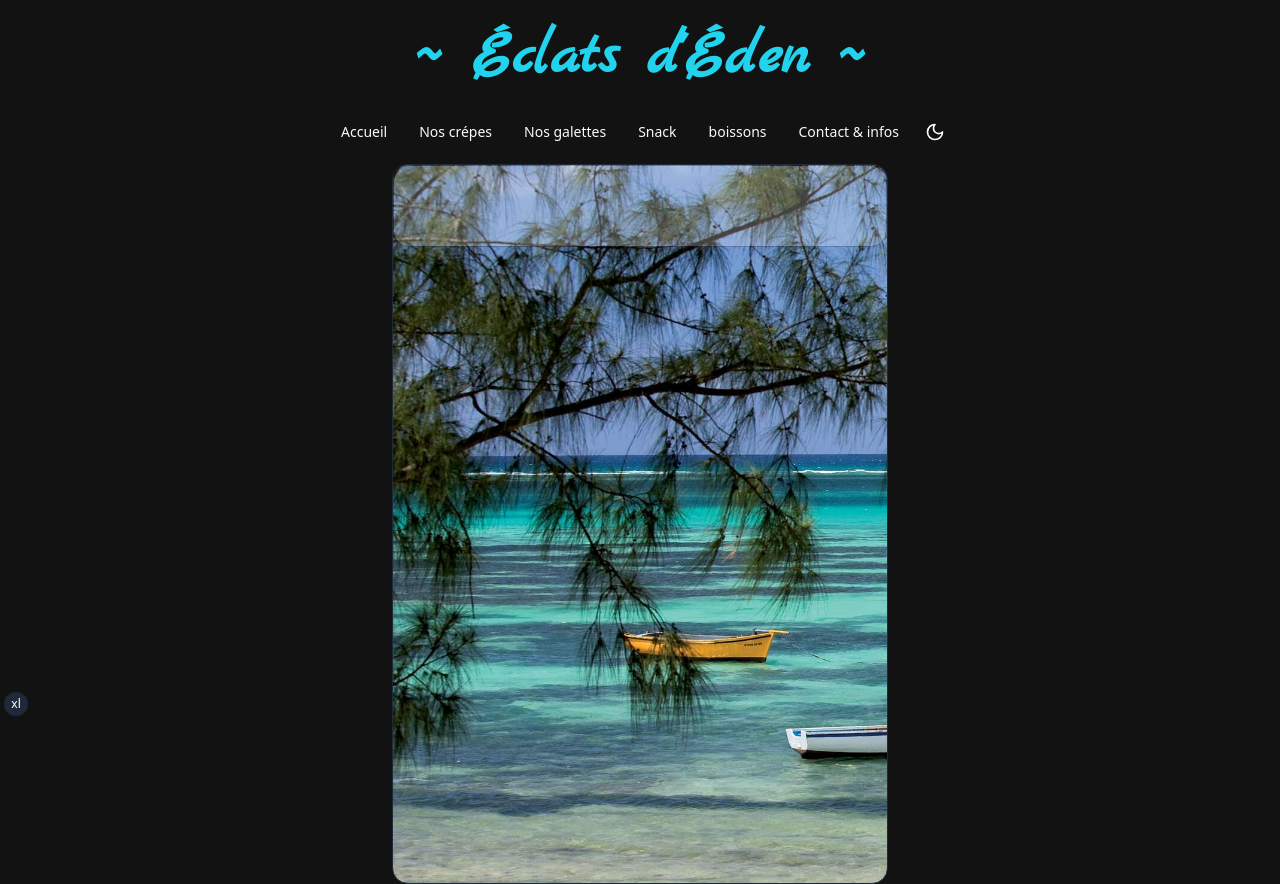
Repository: jeffMauritius/eclats-deden
Page: /schedule
An editor plug-in stored every save of this project. The page is shown before and after the next save, followed by the edit.
The browser window is 1280 px wide. The pictures show the whole page.
The project was rebuilt for these pictures with package versions that can differ from the ones it lists, and the page was loaded fresh each time. The framework's server and built-in components were replaced by stand-ins that run in the browser. Also part of the build but not shown: next.config.mjs.

Above is the page before, as saved 2024-08-13 07:09:34.

After the next save:
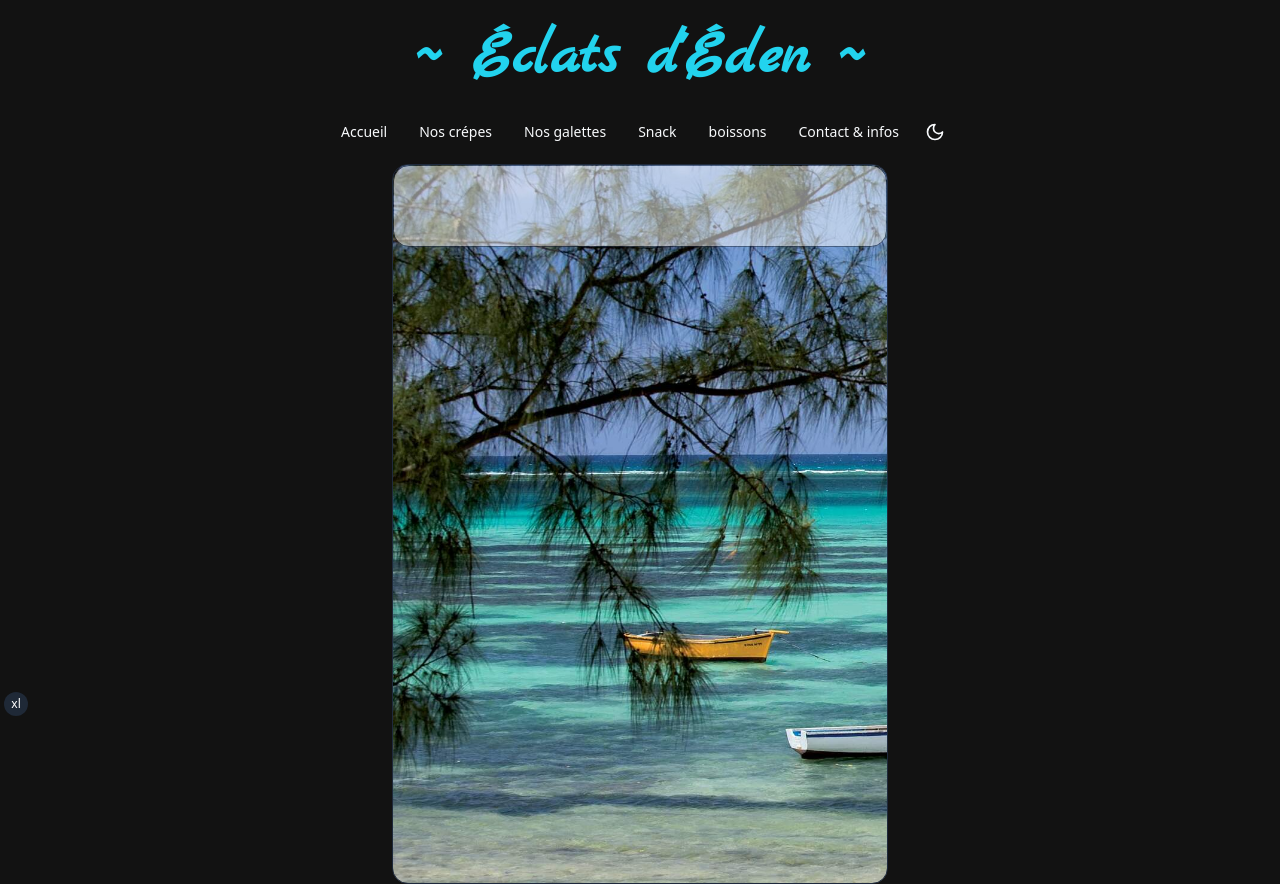
Saved 54 s later.
--- a/app/schedule/page.tsx
+++ b/app/schedule/page.tsx
@@ -4,7 +4,7 @@ const SchedulePage = () => {
       <div className="flex justify-center">
         <div className="absolute m-auto h-screen w-2/5 rounded-2xl border bg-[url('/maurice.jpeg')] bg-cover ">
           <div className="relative imageUrl={`bg-[url('/riz.jpeg')] bg-cover`}">
-            <div className="rounded-2xl border bg-white opacity-25">
+            <div className="rounded-2xl border bg-white opacity-50">
               <h1 className="p-5 font-display text-4xl text-white">Horaires</h1>
             </div>
           </div>
